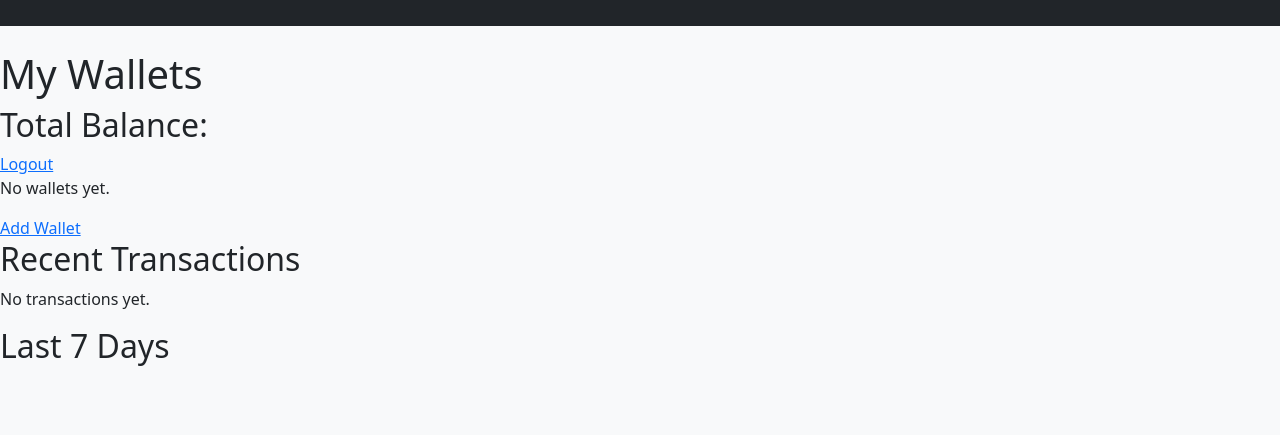
Repository: adtm0/Fined
Page: tracker/templates/tracker/base.html
The author's editor kept a copy of each file at every save. The page is drawn from the files as they stood at one save, then again after a run of saves.
The browser window is 1280 px wide. The pictures show the whole page.
The template is drawn by Django 4.2. The application's start-up code is not run. Other server files are loaded and not shown. The template is opened directly, without the code that normally fills it, so the values that code supplies are empty.

Above is the page before, as saved 2026-04-28 19:59:58.
Console error: SyntaxError: Unexpected token ','

### tracker/templates/tracker/base.html
<!DOCTYPE html>
<html>
  <head>
    <title>Fined</title>
    <link href="https://cdn.jsdelivr.net/npm/bootstrap@5.3.0/dist/css/bootstrap.min.css" rel="stylesheet">
  </head>
  <body class="bg-light">
    <nav class="navbar navbar-dark bg-dark px-4 mb-4">
      <a class="navbar-brand" href="/dashboard/">

    </nav>
    <h1>My Wallets</h1>
    <h2>Total Balance: {{ total_balance}}</h2>

    <a href="/logout/">Logout</a>

    {% if wallets %}
      {% for wallet in wallets %}
        <p><a href="/wallet/{{ wallet.id }}/">{{ wallet.name }}</a> - {{ wallet.balance }}</p>
        <a href="/wallet/{{ wallet.id }}/add-transaction/">Add Transaction</a>
        <a href="/wallet/{{ wallet.id }}/edit/">Edit</a>
        <a href="/wallet/{{ wallet.id }}/delete/">Delete</a>
      {% endfor %}
    {% else %}
      <p>No wallets yet.</p>
    {% endif %}

    <a href="/wallet/add/">Add Wallet</a>

      <h2>Recent Transactions</h2>
      {% if recent_transactions %}
        {% for t in recent_transactions %}
          <p>{{ t.date }} - {{ t.wallet.name}} - {{ t.type }} - {{ t.amount }} - {{ t.description }}</p>
        {% endfor %}
      {% else %}
        <p>No transactions yet.</p>
      {% endif %}

    <h2>Last 7 Days</h2>
    <canvas id="chart" width="400" height="200">Canvas</canvas>
    <script src="https://cdn.jsdelivr.net/npm/chart.js"></script>
    <script>
      const ctx = document.getElementById('chart').getContext('2d');
      new Chart(ctx, {
        type: 'bar',
        data: {
          labels: {{ chart_labels|safe }},
          datasets: [
            {
              label:'Income',
              data: {{ chart_income|safe }},
              backgroundColor: 'green',
            },
            {
              label: 'Expense',
              data: {{ chart_expense|safe }},
              backgroundColor: 'red'
            }
          ]
        }
      });
    </script>
  </body>
</html>

After the next 5 saves:
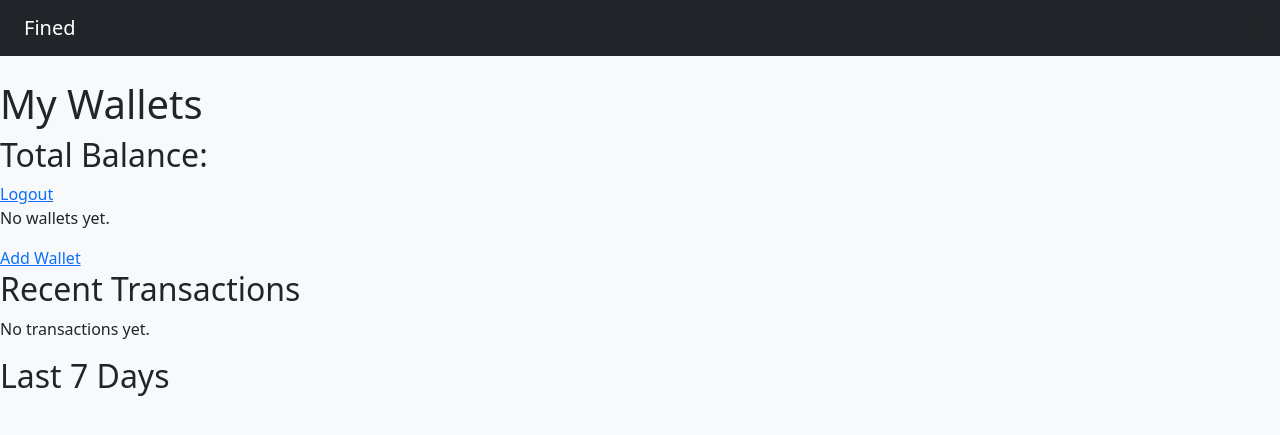
The 5 saves are shown as one change because they came seconds apart.
The last was saved 13 s later.
--- a/tracker/templates/tracker/base.html
+++ b/tracker/templates/tracker/base.html
@@ -6,7 +6,8 @@
   </head>
   <body class="bg-light">
     <nav class="navbar navbar-dark bg-dark px-4 mb-4">
-      <a class="navbar-brand" href="/dashboard/">
+      <a class="navbar-brand" href="/dashboard/">Fined</a>
+      {}
 
     </nav>
     <h1>My Wallets</h1>
